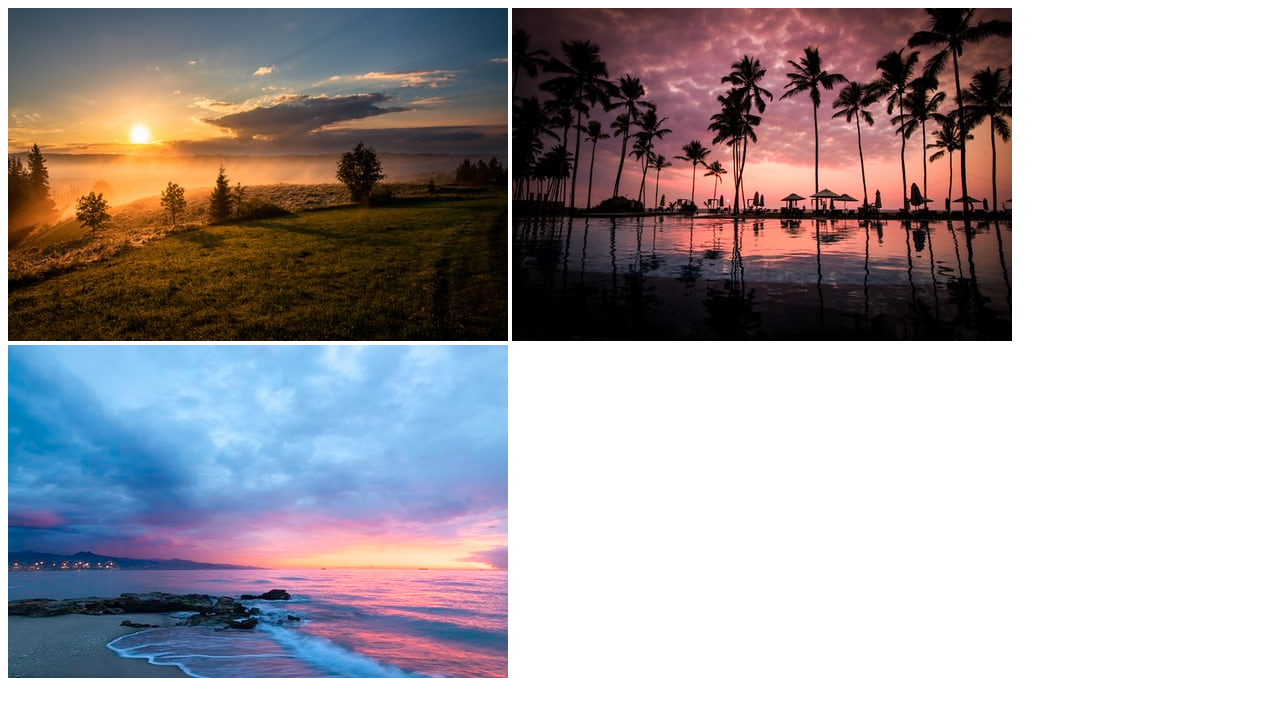
Repository: ArchivvonJang/learn_program_language
Page: webApp/WebContent/Javascript/js21_scrollBanner/img/js21_scrollBanner.html
An editor plug-in stored every save of this project. The page is shown before and after the next save, followed by the edit.
The browser window is 1280 px wide. The pictures show the whole page.

Above is the page before, as saved 2021-03-04 00:51:34.

After the next save:
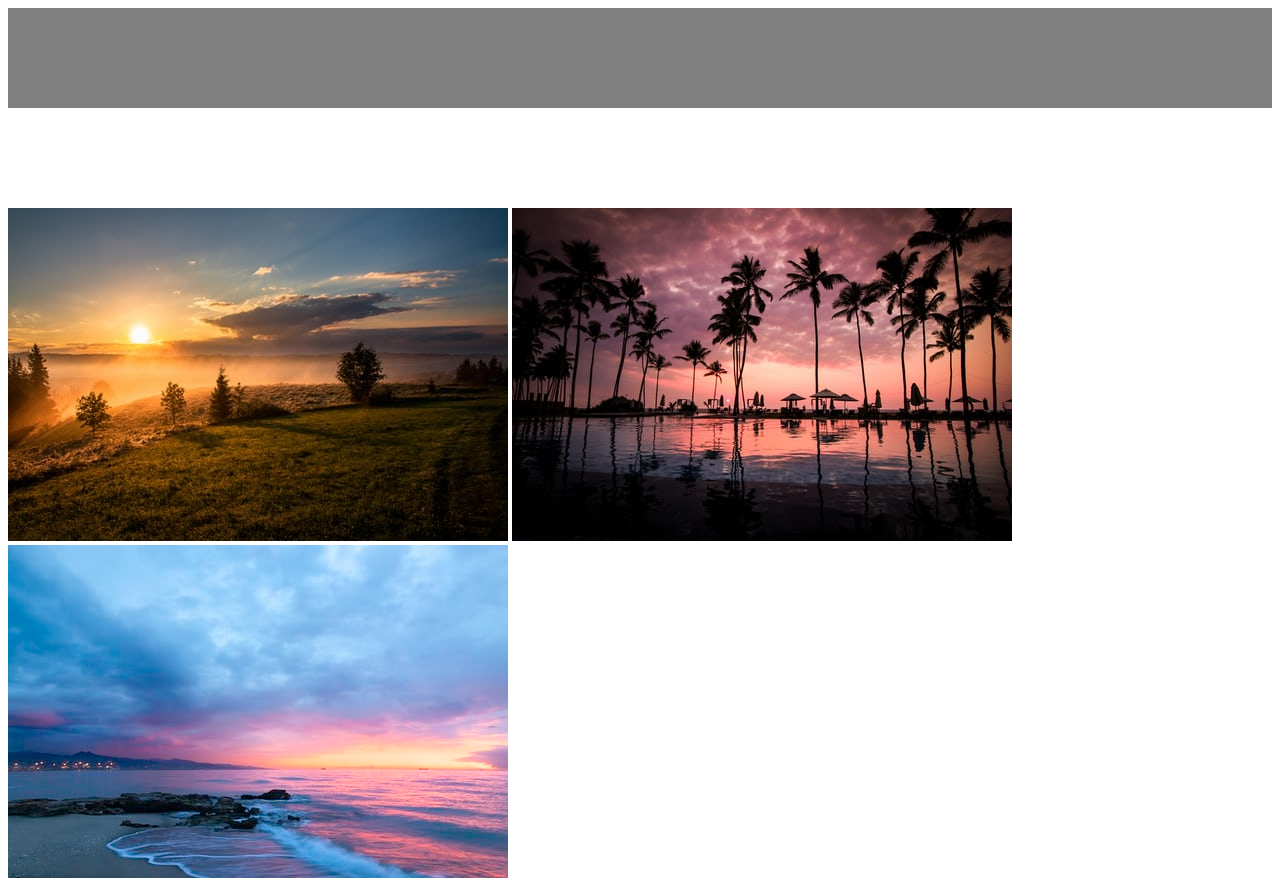
Saved 32 s later.
--- a/webApp/WebContent/Javascript/js21_scrollBanner/img/js21_scrollBanner.html
+++ b/webApp/WebContent/Javascript/js21_scrollBanner/img/js21_scrollBanner.html
@@ -5,7 +5,10 @@
 <title>Insert title here</title>
 <style>
 	#header1, #header2{
-
+		height:100px;
+	}
+	#header1{
+		background-color:gray;
 	}
 </style>
 </head>
